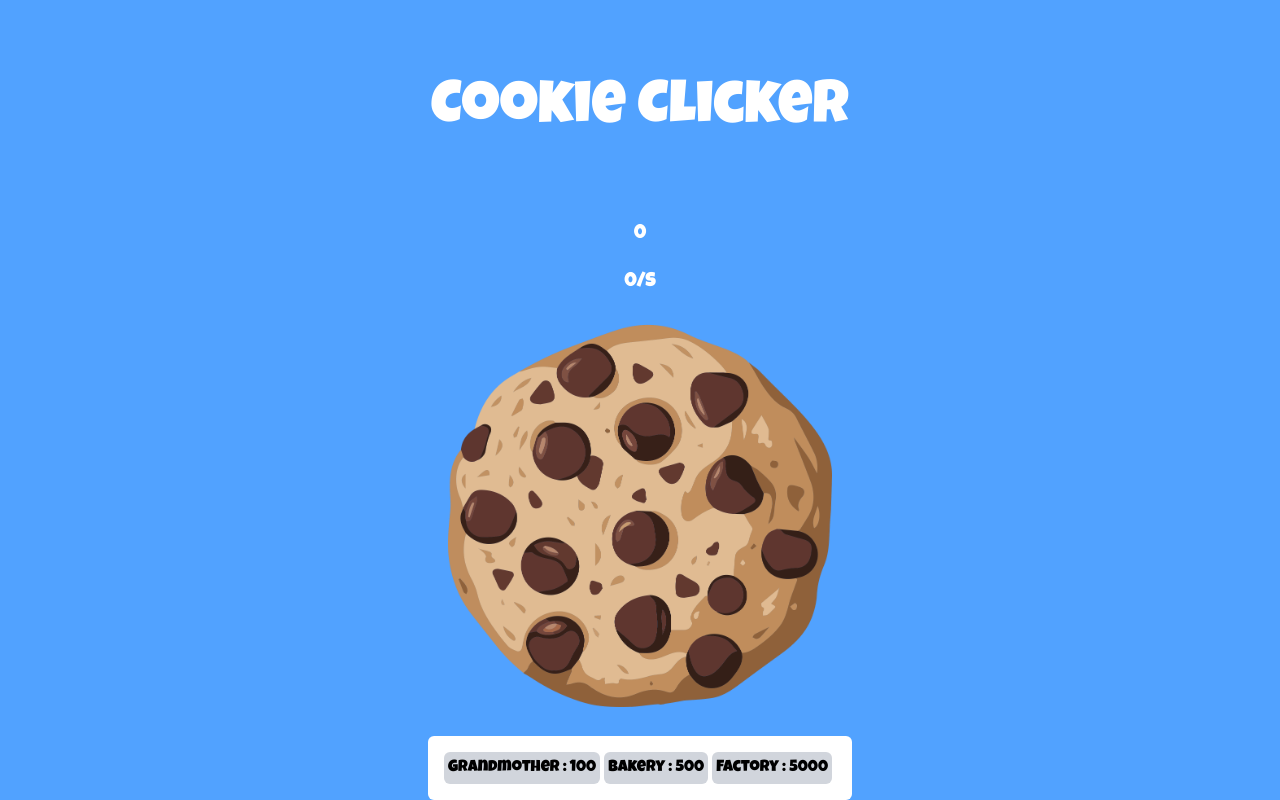
Repository: Cozmoss/cookie_clicker
Page: /
An editor plug-in stored every save of this project. The page is shown before and after the next save, followed by the edit.
The browser window is 1280 px wide. The pictures show the whole page.
The project was rebuilt for these pictures with package versions that can differ from the ones it lists, and the page was loaded fresh each time. Also part of the build but not shown: vite.config.js, src/App.css.

Above is the page before, as saved 2026-04-24 15:50:09.

### index.html
<!doctype html>
<html lang="en">
	<head>
		<meta charset="UTF-8" />
		<link rel="icon" type="image/svg+xml" href="/favicon.svg" />
		<meta name="viewport" content="width=device-width, initial-scale=1.0" />
		<link href="https://fonts.googleapis.com/css2?family=Luckiest+Guy&display=swap" rel="stylesheet" />
		<title>Cookie Clicker</title>
	</head>
	<body>
		<div id="root"></div>
		<script type="module" src="/src/main.jsx"></script>
	</body>
</html>

### src/index.css
@import "tailwindcss";

:root {
	font-family: "Luckiest Guy";
	background-color: oklch(70.7% 0.165 254.624);
}

### src/App.jsx
import "./App.css";
import Header from "./components/Header";
import CookieCount from "./components/CookieCount";
import CookiePerSecond from "./components/CookiePerSecond";
import Cookie from "./components/Cookie";
import Shop from "./components/Shop";
import { GameProvider } from "./context/GameContext";

function App() {
	return (
		<GameProvider>
			<Header />
			<main className="grid justify-items-center gap-5">
				<CookieCount />
				<CookiePerSecond />
				<Cookie />
				<Shop />
			</main>
		</GameProvider>
	);
}

export default App;

### src/components/Header.jsx
function Header() {
	return <header className="text-6xl text-white text-center my-20">Cookie Clicker</header>;
}

export default Header;

### src/components/CookieCount.jsx
import { useGame } from "../context/GameContext";

function CookieCount() {
    const { state } = useGame();

	return <div className="text-white text-xl">{state.count}</div>;
}

export default CookieCount;

### src/components/CookiePerSecond.jsx
import { useGame } from "../context/GameContext";

function CookiePerSecond() {
    const { state } = useGame();
	return <div className="text-white text-xl">{state.cookiePerSecond}/s</div>;
}

export default CookiePerSecond;

### src/components/Cookie.jsx
import cookie from "../assets/cookie.png";
import { useGame } from "../context/GameContext";
import { useState } from "react";

function Cookie() {
    const { dispatch } = useGame();
    const [isCliked, setIsCliked] = useState(false);

    function handleClick() {
        dispatch({type: "CLICK_COOKIE"});
        setIsCliked(true);
        setTimeout(() => setIsCliked(false), 75);
    }
	return (
		<div>
			<button className="cursor-pointer" onClick={handleClick}>
				<img src={cookie} alt="Cookie" className={`w-96 transition-transform duration-75 ${isCliked ? "scale-90" : "scale-100"}`} />
			</button>
		</div>
	);
}

export default Cookie;

### src/components/Shop.jsx
import { useGame } from "../context/GameContext";

function Shop() {
    const { state, dispatch } = useGame();
	return (
		<div className="bg-white p-4 rounded-md">
            {state.upgrades.map((upgrade) => (
                <button key={upgrade.id} onClick={() => dispatch({type: "BUY_UPGRADE", payload: { cost: upgrade.cost, cps: upgrade.cps }})} disabled={state.count < upgrade.cost} className="bg-gray-300 rounded-md cursor-pointer align-middle px-1 py-1 mr-1">{upgrade.name} : {upgrade.cost}</button>
            ))}
		</div>
	);
}

export default Shop;

### src/context/GameContext.jsx
import { createContext, useContext, useEffect, useReducer } from "react";

const GameContext = createContext()

const initialState = {
    count: 0,
    cookiePerSecond: 0,
    upgrades: [
        {id: 1, name: "Grandmother", cost: 100, cps: 1},
        {id: 2, name: "Bakery", cost: 500, cps: 10},
        {id: 3, name: "Factory", cost: 5000, cps: 100},
    ],
}

function GameReducer(state, action) {
    switch (action.type) {
        case "CLICK_COOKIE":
            return {...state, count: state.count + 1};
        case "BUY_UPGRADE":
            return {...state, count: state.count - action.payload.cost, cookiePerSecond: state.cookiePerSecond + action.payload.cps};
        case "TICK":
            return {...state, count: state.count + state.cookiePerSecond};
        default:
            return state;
    }
}

export function GameProvider({children}) {
    const [state, dispatch] = useReducer(GameReducer, initialState);

    useEffect(() => {
        const interval = setInterval(() => dispatch({type: "TICK"}), 1000);
        return () => clearInterval(interval);
    }, []);

    return (<GameContext.Provider value={{state, dispatch}}>
        {children}
    </GameContext.Provider>);
}

export const useGame = () => useContext(GameContext);

Loaded but not shown: src/main.jsx (common file)

After the next save:
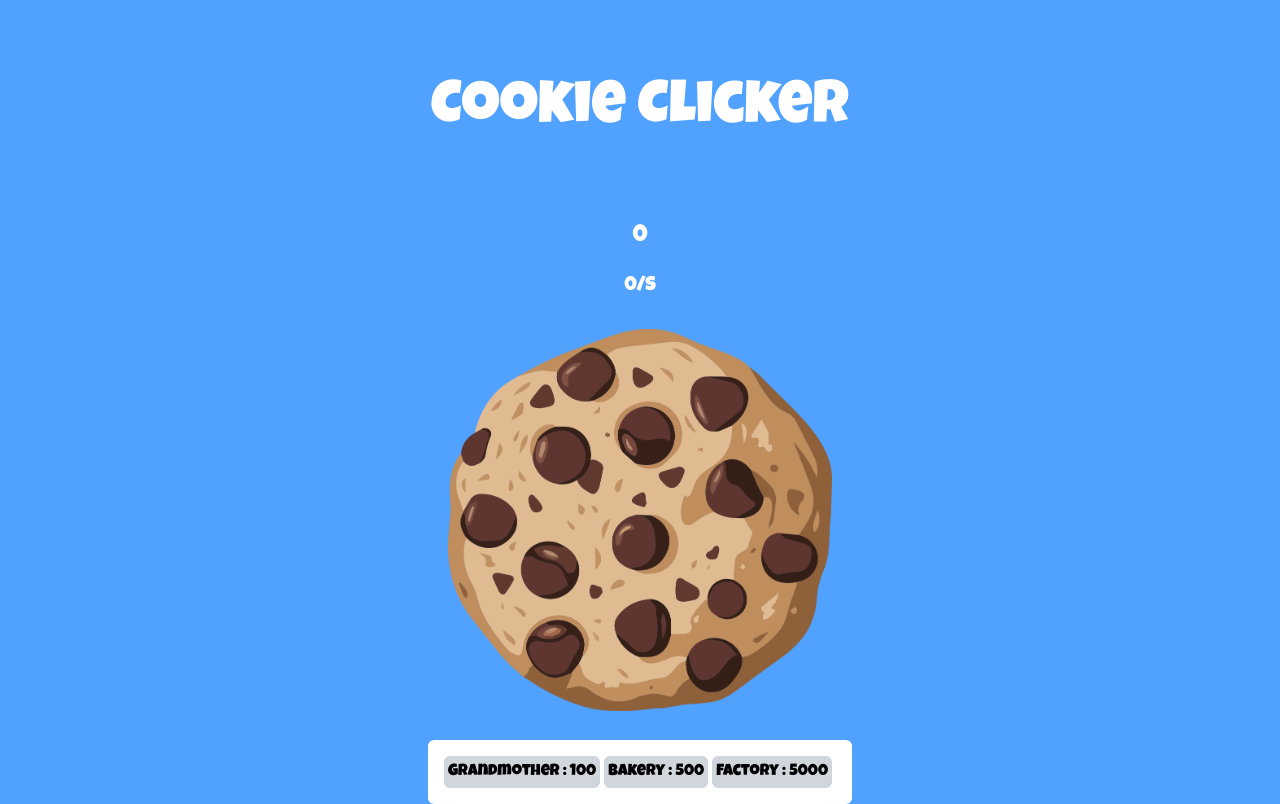
Saved 3 s later.
--- a/src/components/CookieCount.jsx
+++ b/src/components/CookieCount.jsx
@@ -3,7 +3,7 @@ import { useGame } from "../context/GameContext";
 function CookieCount() {
     const { state } = useGame();
 
-	return <div className="text-white text-xl">{state.count}</div>;
+	return <div className="text-white text-2xl">{state.count}</div>;
 }
 
 export default CookieCount;
